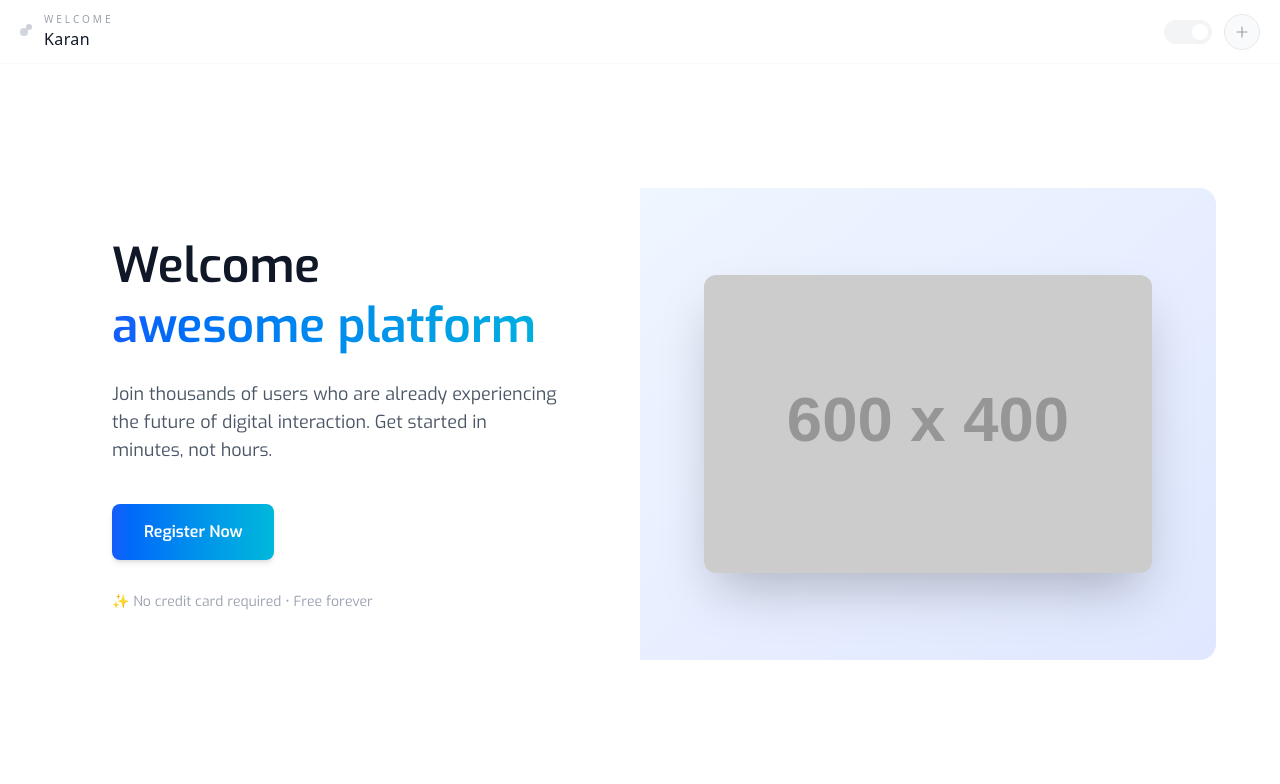
Repository: deepak445566/job
Page: / (app in frontend/)
An editor plug-in stored every save of this project. The page is shown before and after a run of saves, followed by the edit.
The browser window is 1280 px wide. The pictures show the whole page.
The page's requests for data from a server got no answer. Some web fonts or font styles are not loaded; a fallback is used. The project was rebuilt for these pictures with package versions that can differ from the ones it lists, and the page was loaded fresh each time. Some packages were replaced by stand-ins written for this rebuild. No one was signed in, and anything a server would have sent is missing. Also part of the build but not shown: frontend/vite.config.js, frontend/src/Components/auth/Login.jsx, frontend/src/Components/study/StudyDashboard.jsx, frontend/src/Components/chill/ChillDashboard.jsx.

Above is the page before, as saved 2026-02-26 13:58:37.

### frontend/index.html
<!doctype html>
<html lang="en">
  <head>
    <meta charset="UTF-8" />
    <link rel="icon" type="image/svg+xml" href="/vite.svg" />
    <meta name="viewport" content="width=device-width, initial-scale=1.0" />
    <title>frontend</title>
    <link rel="preconnect" href="https://fonts.googleapis.com">
<link rel="preconnect" href="https://fonts.gstatic.com" crossorigin>
<link href="https://fonts.googleapis.com/css2?family=Exo:ital,wght@0,100..900;1,100..900&family=Playfair+Display:ital,wght@0,400..900;1,400..900&display=swap" rel="stylesheet">
  </head>
  <body>
    <div id="root"></div>
    <script type="module" src="/src/main.jsx"></script>
  </body>
</html>

### frontend/src/main.jsx
import { StrictMode } from 'react'
import { createRoot } from 'react-dom/client'
import './index.css'
import App from './App.jsx'
import {BrowserRouter} from 'react-router-dom'
import { AppContextProvider } from './context/AppContextProvider.jsx'




createRoot(document.getElementById('root')).render(
  <BrowserRouter>
  <AppContextProvider>
  <StrictMode>
    <App />
  </StrictMode>
  </AppContextProvider>
  </BrowserRouter>
)

### frontend/src/index.css
@import "tailwindcss";
.exo{
  font-family: "Exo", sans-serif;

  font-style: normal;
}

### frontend/src/App.jsx
import React from "react";
import Login from "./Components/auth/Login";
import { Route, Routes } from "react-router-dom";
import Dashboard from "./Components/Dashboard";
import { useAppContext } from "./context/AppContextProvider";
import Navbar from "./Components/common/Navbar";

function App() {
  const { showLogin } = useAppContext(); // user bhi lein context se

  return (
    <div>
      {/* Navbar hamesha dikhega */}
      <Navbar />

      {/* Login modal - tabhi dikhega jab showLogin true ho */}
      {showLogin && <Login />}

      <Routes>
        <Route path="/" element={<Dashboard />} />
      </Routes>
    </div>
  );
}

export default App;

### frontend/src/context/AppContextProvider.jsx
import { useContext, useEffect, useState } from "react";
import { useNavigate } from "react-router-dom";
import axios from "axios";
import { AppContext } from "./AppContext";
import toast from 'react-hot-toast';

axios.defaults.withCredentials = true;
axios.defaults.baseURL = import.meta.env.VITE_BACKEND_URL;
console.log("Base URL:", import.meta.env.VITE_BACKEND_URL);

export const AppContextProvider = ({ children }) => {
  const navigate = useNavigate();
  const [user, setUser] = useState(null);
  const [mode, setMode] = useState('chill'); // Default 'chill' ya 'study'
  const [showLogin, setShowLogin] = useState(false);
  const [loading, setLoading] = useState(true);

  const fetchUser = async () => {
    try {
      const { data } = await axios.get("/api/auth/isauth");
      if (data.success) {
        setUser(data.user);
        // User login hai toh uski mode fetch karo
        fetchUserMode();
      }
    } catch (error) {
      setUser(null);
    } finally {
      setLoading(false);
    }
  };

  // User ka mode fetch karne ka function
  const fetchUserMode = async () => {
    try {
      const { data } = await axios.get("/api/mode/");
      if (data.success) {
        setMode(data.mode);
      }
    } catch (error) {
      console.log("Error fetching mode:", error);
    }
  };

  // Mode toggle karne ka function
  const toggleMode = async () => {
    if (!user) {
      toast.error("Please login first");
      setShowLogin(true);
      return;
    }

    try {
      const { data } = await axios.put("/api/mode/switch");
      if (data.success) {
        setMode(data.mode);
        toast.success(data.message);
      }
    } catch (error) {
      toast.error(error.response?.data?.message || "Error switching mode");
    }
  };

  useEffect(() => {
    fetchUser();
  }, []);

  return (
    <AppContext.Provider
      value={{
        navigate,
        user,
        setUser,
        axios,
        setShowLogin,
        showLogin,
        mode,
        setMode,
        toggleMode,
        loading
      }}
    >
      {children}
    </AppContext.Provider>
  );
};

export const useAppContext = () => useContext(AppContext);

### frontend/src/Components/Dashboard.jsx
// components/Dashboard.jsx
import React from 'react';
import { useAppContext } from '../context/AppContextProvider';
import StudyDashboard from './study/StudyDashboard';
import ChillDashboard from './chill/ChillDashboard';

function Dashboard() {
  const { mode, user, setShowLogin, loading } = useAppContext();

  // Loading state
  if (loading) {
    return (
      <div className="min-h-screen flex items-center justify-center">
        <div className="text-center">
          <div className="w-16 h-16 border-4 border-blue-500 border-t-transparent rounded-full animate-spin mx-auto mb-4"></div>
          <p className="text-gray-600">Loading dashboard...</p>
        </div>
      </div>
    );
  }

  // Agar user login nahi hai
  if (!user) {
    return (
     <div className="min-h-screen  flex items-center justify-center  exo">

      <div className="max-w-6xl w-full   rounded-2xl overflow-hidden flex flex-col md:flex-row">

        {/* Left side: Text and button */}
        <div className="w-full md:w-1/2 p-8 sm:p-10 lg:p-12 flex flex-col justify-center space-y-6">
          {/* Heading */}
          <h1 className="text-4xl sm:text-5xl font-semibold text-gray-900 leading-tight">
            Welcome
            <span className="text-transparent bg-clip-text bg-gradient-to-r from-blue-600 to-cyan-500 block ">
              awesome platform
            </span>
          </h1>

          {/* Paragraph */}
          <p className="text-lg text-gray-600 max-w-md">
            Join thousands of users who are already experiencing the future of digital interaction. Get started in minutes, not hours.
          </p>

          {/* Register Now Button */}
          <div className="pt-4">
            <button className="px-8 py-4 bg-gradient-to-r from-blue-600 to-cyan-500 text-white font-semibold rounded-lg shadow-md hover:shadow-lg transform hover:scale-105 transition-all duration-300 ease-in-out focus:outline-none focus:ring-2 focus:ring-blue-400 focus:ring-offset-2">
              Register Now
            </button>
          </div>

          {/* Optional extra trust indicator */}
          <p className="text-sm text-gray-400 pt-2">✨ No credit card required • Free forever</p>
        </div>

        {/* Right side: Image */}
        <div className="w-full md:w-1/2 bg-gradient-to-br from-blue-50 to-indigo-100 flex items-center justify-center p-8 sm:p-10 lg:p-12">
          {/*
            Using a placeholder image from placeholder.com.
            Replace the src with your own image.
            The image is made responsive with object-fit to maintain aspect ratio.
          */}
          <img
            src="https://placehold.co/600x400/3b82f6/ffffff/png?text=Your+Image+Here&font=montserrat"
            alt="Hero visual representing our platform"
            className="w-full h-auto max-w-md rounded-xl shadow-2xl object-cover transform hover:scale-105 transition-transform duration-500"
          />
        </div>
      </div>
    </div>
    );
  }

  // Mode ke hisaab se dashboard render karo
  return (
    <div className="transition-all duration-500">
      {mode === 'study' ? <StudyDashboard /> : <ChillDashboard />}
    </div>
  );
}

export default Dashboard;

### frontend/src/Components/common/Navbar.jsx
import React, { useState } from "react";
import { useAppContext } from "../../context/AppContextProvider";
import toast from "react-hot-toast";

function Navbar() {
  const { user, setUser, axios, setShowLogin, navigate, mode, toggleMode } =
    useAppContext();
  const [loggingOut, setLoggingOut] = useState(false);
  const [togglingMode, setTogglingMode] = useState(false);
  const [showProfileMenu, setShowProfileMenu] = useState(false);

  const handleLogout = async () => {
    try {
      setLoggingOut(true);
      const { data } = await axios.post("/api/auth/logout");
      if (data.success) {
        setUser(null);
        setShowLogin(true);
        toast.success("Logged out successfully");
        navigate("/");
      } else {
        toast.error(data.message || "Logout failed");
      }
    } catch (error) {
      toast.error(error.response?.data?.message || "Error logging out");
    } finally {
      setLoggingOut(false);
      setShowProfileMenu(false);
    }
  };

  const handleToggleMode = async () => {
    try {
      setTogglingMode(true);
      await toggleMode();
    } catch (error) {
      console.error("Error toggling mode:", error);
    } finally {
      setTogglingMode(false);
    }
  };

  const handleProfileClick = () => {
    if (user) {
      setShowProfileMenu(!showProfileMenu);
    } else {
      setShowLogin(true);
    }
  };

  // Get first letter of name for avatar
  const getInitial = () => {
    if (user?.username) return user.username[0].toUpperCase();
    if (user?.email) return user.email[0].toUpperCase();
    return 'K';
  };

  return (
    <nav className="bg-white/80 backdrop-blur-xl px-5 py-3 border-b border-gray-100/50 sticky top-0 z-50">
      <div className="flex justify-between items-center max-w-7xl mx-auto">
        {/* Left Side - Minimal Luxury Greeting */}
        <div className="flex items-center gap-4">
          {/* Ultra-minimal greeting dot */}
          <div className="relative">
            <div className="w-2 h-2 bg-gray-300 rounded-full"></div>
            <div className="absolute -top-1 -right-1 w-1.5 h-1.5 bg-gray-400 rounded-full opacity-50"></div>
          </div>

          {/* Name with exquisite typography */}
          <div className="flex flex-col">
            <span className="text-[10px] uppercase tracking-[0.3em] text-gray-400 font-light">
              Welcome
            </span>
            <div className="flex items-center gap-2">
              <span className="text-base font-light text-gray-900 tracking-wide">
                {user?.username || user?.email?.split('@')[0] || 'Karan'}
              </span>
              {user && (
                <span className="w-1 h-1 bg-gray-300 rounded-full"></span>
              )}
            </div>
          </div>
        </div>

        {/* Right Side - Ultra Minimal Actions */}
        <div className="flex items-center gap-3">
          {/* Mode Toggle - Refined Switch */}
          <button
            onClick={handleToggleMode}
            disabled={togglingMode || !user}
            className={`relative w-12 h-6 rounded-full transition-all duration-700 ${
              user
                ? mode === 'study'
                  ? 'bg-gray-900'
                  : 'bg-gray-400'
                : 'bg-gray-100 cursor-not-allowed'
            }`}
            title={!user ? "Login to switch mode" : `Switch to ${mode === 'study' ? 'Chill' : 'Study'}`}
          >
            <span
              className={`absolute top-1 left-1 w-4 h-4 bg-white rounded-full shadow-xl transform transition-all duration-500 ease-in-out ${
                mode === 'chill' ? 'translate-x-6' : ''
              }`}
            />
          </button>

          {/* Profile - Museum Quality */}
          <div className="relative">
            <button
              onClick={handleProfileClick}
              className="group relative focus:outline-none"
            >
              {/* Ultra subtle ring */}
              {user && (
                <div className="absolute -inset-0.5 bg-gradient-to-r from-gray-200 to-gray-300 rounded-full opacity-0 group-hover:opacity-100 transition-opacity duration-500 blur-[1px]"></div>
              )}

              {/* Minimal Avatar */}
              <div className={`relative w-9 h-9 rounded-full flex items-center justify-center transition-all duration-300 ${
                user
                  ? 'bg-gray-900 text-white border border-white/20'
                  : 'bg-gray-50 text-gray-400 border border-gray-200'
              }`}>
                {user ? (
                  <span className="text-xs font-light tracking-wider">{getInitial()}</span>
                ) : (
                  <svg width="16" height="16" viewBox="0 0 16 16" fill="none" xmlns="http://www.w3.org/2000/svg">
                    <path d="M8 3V13M3 8H13" stroke="currentColor" strokeWidth="1.2" strokeLinecap="round"/>
                  </svg>
                )}
              </div>
            </button>

            {/* Profile Menu - Minimal Luxury Dropdown */}
            {showProfileMenu && user && (
              <>
                {/* Backdrop */}
                <div
                  className="fixed inset-0 z-40"
                  onClick={() => setShowProfileMenu(false)}
                />

                {/* Menu Card - Like a luxury boutique */}
                <div className="absolute right-0 mt-3 w-56 bg-white/95 backdrop-blur-xl rounded-2xl shadow-[0_20px_40px_-15px_rgba(0,0,0,0.1)] border border-gray-100/80 z-50 overflow-hidden">
                  {/* User Info - Minimal */}
                  <div className="px-5 py-4 border-b border-gray-100/50">
                    <p className="text-xs text-gray-400 uppercase tracking-[0.2em] mb-2 font-light">
                      Account
                    </p>
                    <p className="text-sm font-medium text-gray-900 mb-0.5">
                      {user.username || 'User'}
                    </p>
                    <p className="text-xs text-gray-400 truncate font-light">
                      {user.email || 'user@example.com'}
                    </p>
                  </div>

                  {/* Menu Items - Refined */}
                  <div className="p-2">
                    <button
                      onClick={() => {
                        setShowProfileMenu(false);
                        navigate('/profile');
                      }}
                      className="w-full px-4 py-2.5 text-left hover:bg-gray-50/80 rounded-xl transition-all duration-200 flex items-center gap-3 text-gray-600 group"
                    >
                      <span className="text-sm opacity-50 group-hover:opacity-100 transition-opacity">👤</span>
                      <span className="text-xs font-light tracking-wide">Profile</span>
                    </button>

                    <button
                      onClick={() => {
                        setShowProfileMenu(false);
                        navigate('/settings');
                      }}
                      className="w-full px-4 py-2.5 text-left hover:bg-gray-50/80 rounded-xl transition-all duration-200 flex items-center gap-3 text-gray-600 group"
                    >
                      <span className="text-sm opacity-50 group-hover:opacity-100 transition-opacity">⚙️</span>
                      <span className="text-xs font-light tracking-wide">Settings</span>
                    </button>

                    <div className="h-px bg-gray-100/50 my-2"></div>

                    <button
                      onClick={handleLogout}
                      disabled={loggingOut}
                      className="w-full px-4 py-2.5 text-left hover:bg-red-50/50 rounded-xl transition-all duration-200 flex items-center gap-3 text-red-400 group"
                    >
                      <span className="text-sm opacity-50 group-hover:opacity-100 transition-opacity">🚪</span>
                      <span className="text-xs font-light tracking-wide flex-1">
                        {loggingOut ? "Exiting..." : "Sign out"}
                      </span>
                      {loggingOut && (
                        <span className="w-3 h-3 border border-red-300 border-t-transparent rounded-full animate-spin" />
                      )}
                    </button>
                  </div>
                </div>
              </>
            )}
          </div>
        </div>
      </div>
    </nav>
  );
}

export default Navbar;

Loaded but not shown: frontend/src/context/AppContext.jsx (common file)

After the next 2 saves:
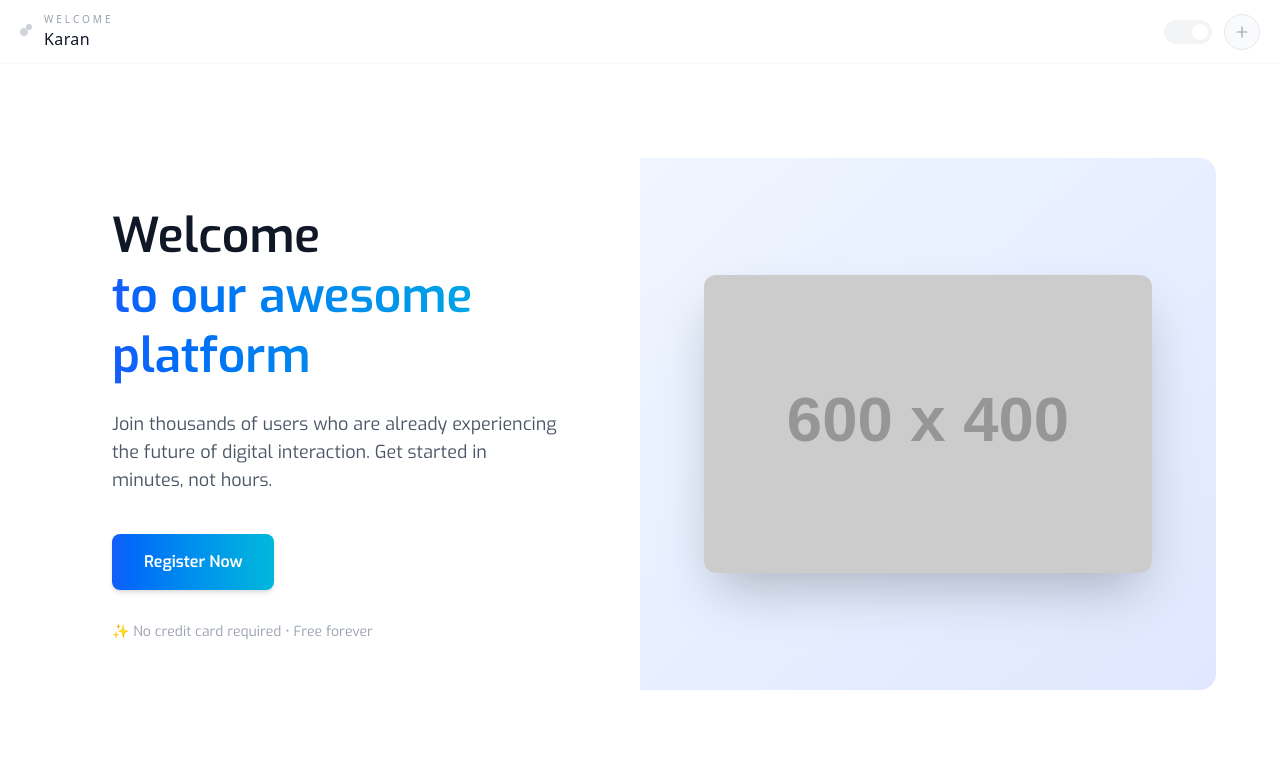
The 2 saves are shown as one change because they came seconds apart.
The last was saved 9 s later.
--- a/frontend/src/Components/Dashboard.jsx
+++ b/frontend/src/Components/Dashboard.jsx
@@ -32,7 +32,7 @@ function Dashboard() {
           <h1 className="text-4xl sm:text-5xl font-semibold text-gray-900 leading-tight">
             Welcome
             <span className="text-transparent bg-clip-text bg-gradient-to-r from-blue-600 to-cyan-500 block ">
-              awesome platform
+             to our awesome platform
             </span>
           </h1>
 
